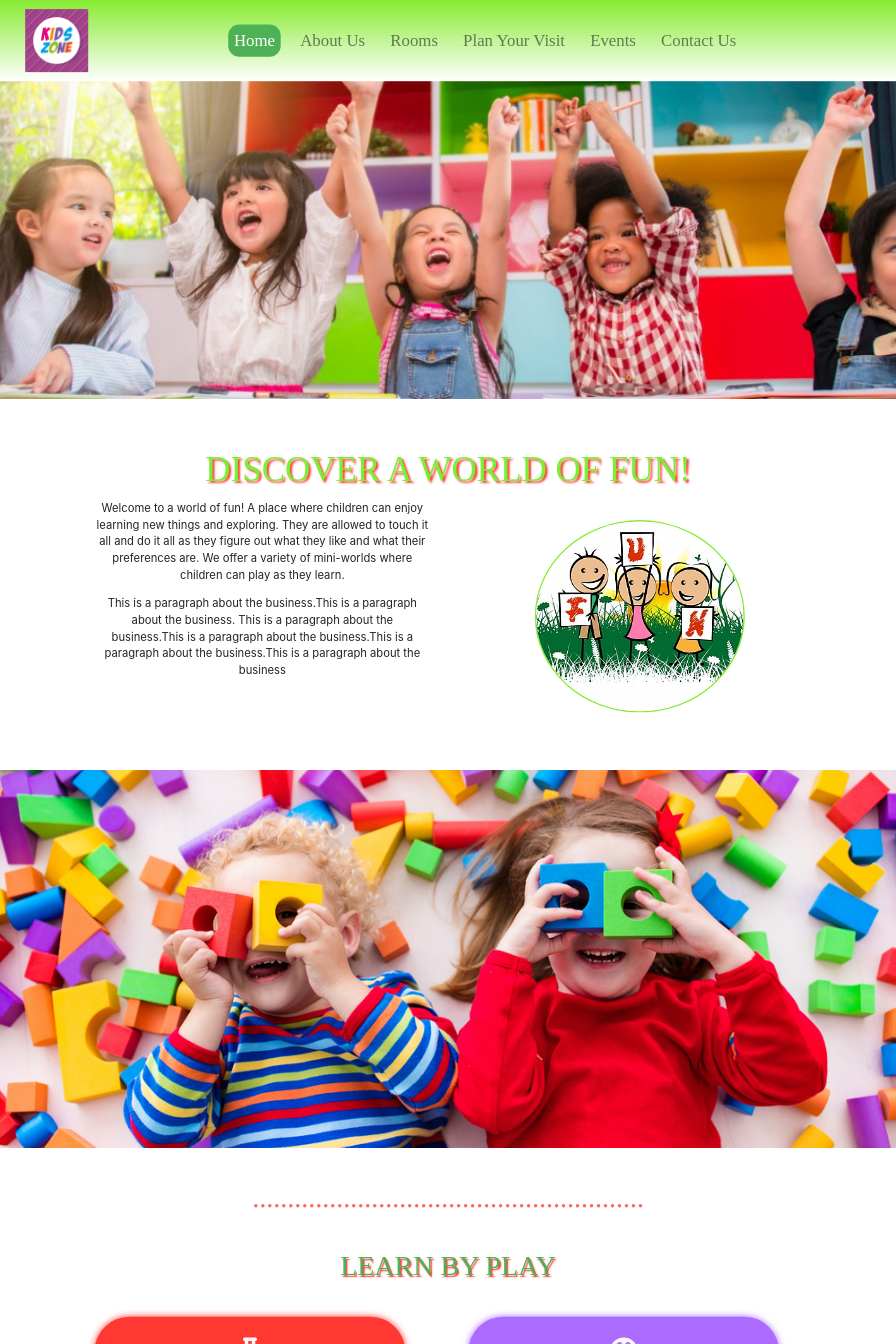
Repository: Code-Institute-Submissions/my-first-frontend-milestone-project
Page: index.html
The author's editor kept a record of every edit. The page is drawn from the files as they stood at one moment, then again after the next edit.
The browser window is 1280 px wide. The pictures show the part of the page from y = 0 to 1920 px (the page is 4106 px tall), at 70% of full size.
Some web fonts or font styles are not loaded; a fallback is used. Some web libraries are served in a nearby version.

Above is the page before.

After the next edit:
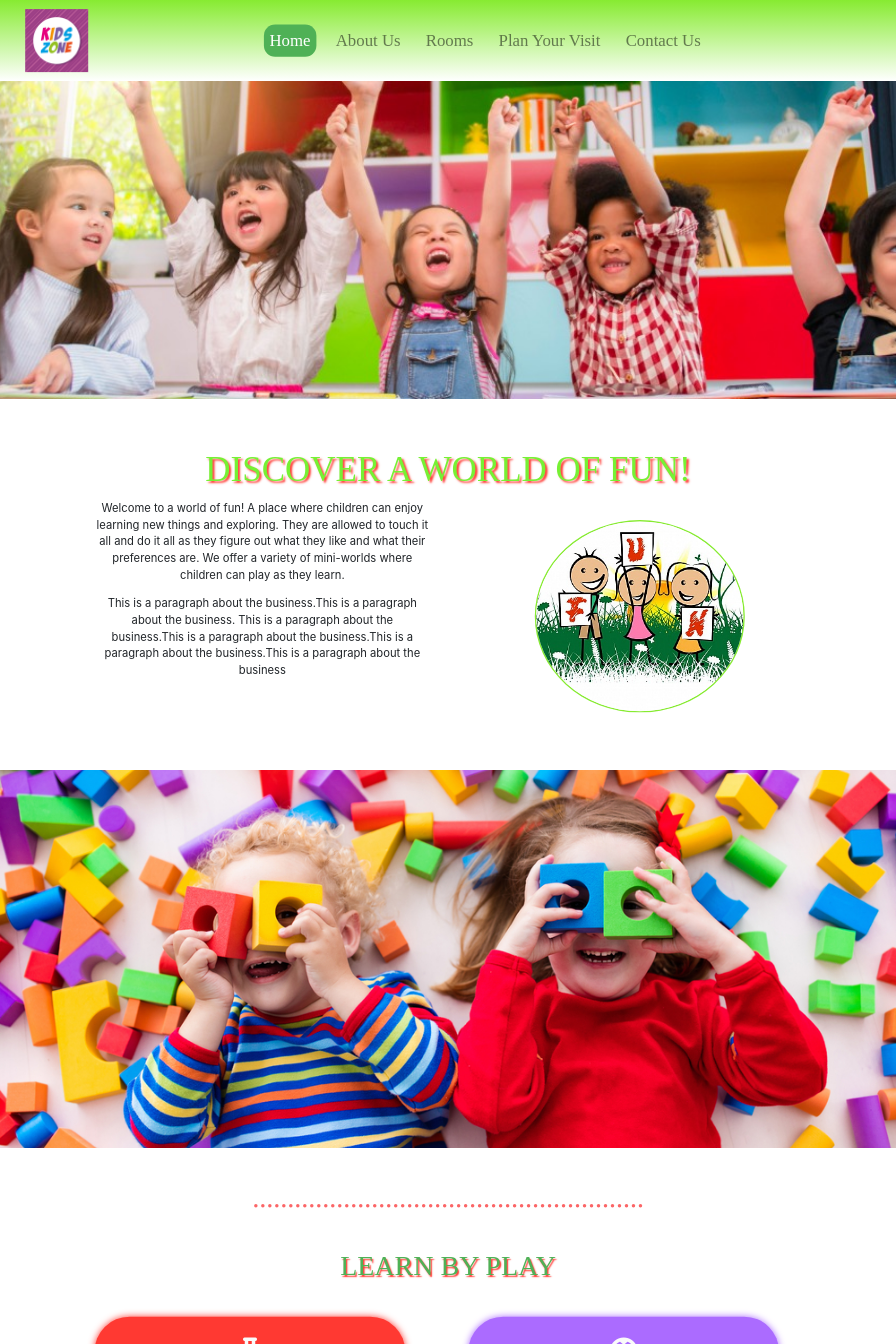
The edit:
--- a/index.html
+++ b/index.html
@@ -41,9 +41,6 @@
                         <a class="nav-link" href="planyourvisit.html">Plan Your Visit</a>
                     </li>
                     <li class="nav-item">
-                        <a class="nav-link" href="events.html">Events</a>
-                    </li>
-                    <li class="nav-item">
                         <a class="nav-link" href="contact.html">Contact Us</a>
                     </li>
             </div>
